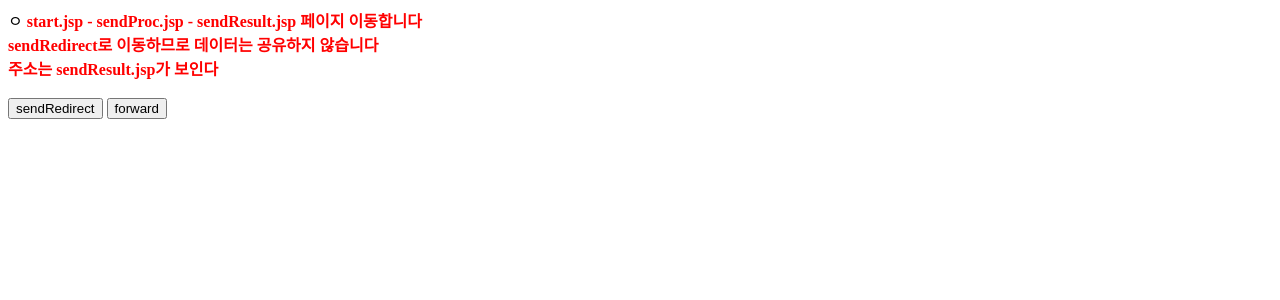
Repository: dahye1013/java-basic-learning
Page: http://localhost/memberJSP/exam/start.jsp
These files come from the project's save history. The page is drawn as it stood at one moment and after the next save; the edit follows.
The browser window is 1280 px wide. The pictures show the whole page.
The page is served by Tomcat 9.

Above is the page before, as saved 2020-06-09 02:42:31.

After the next save:
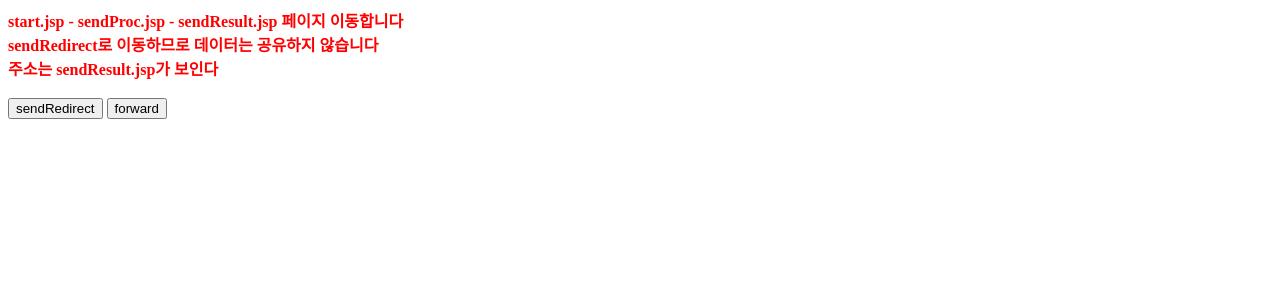
Saved 27 s later.
--- a/memberJSP/WebContent/exam/start.jsp
+++ b/memberJSP/WebContent/exam/start.jsp
@@ -4,7 +4,7 @@
 <html>
 <head>
 <meta charset="EUC-KR">
-ㅇ
+
 <title>Insert title here</title>
 </head>
 <body>
